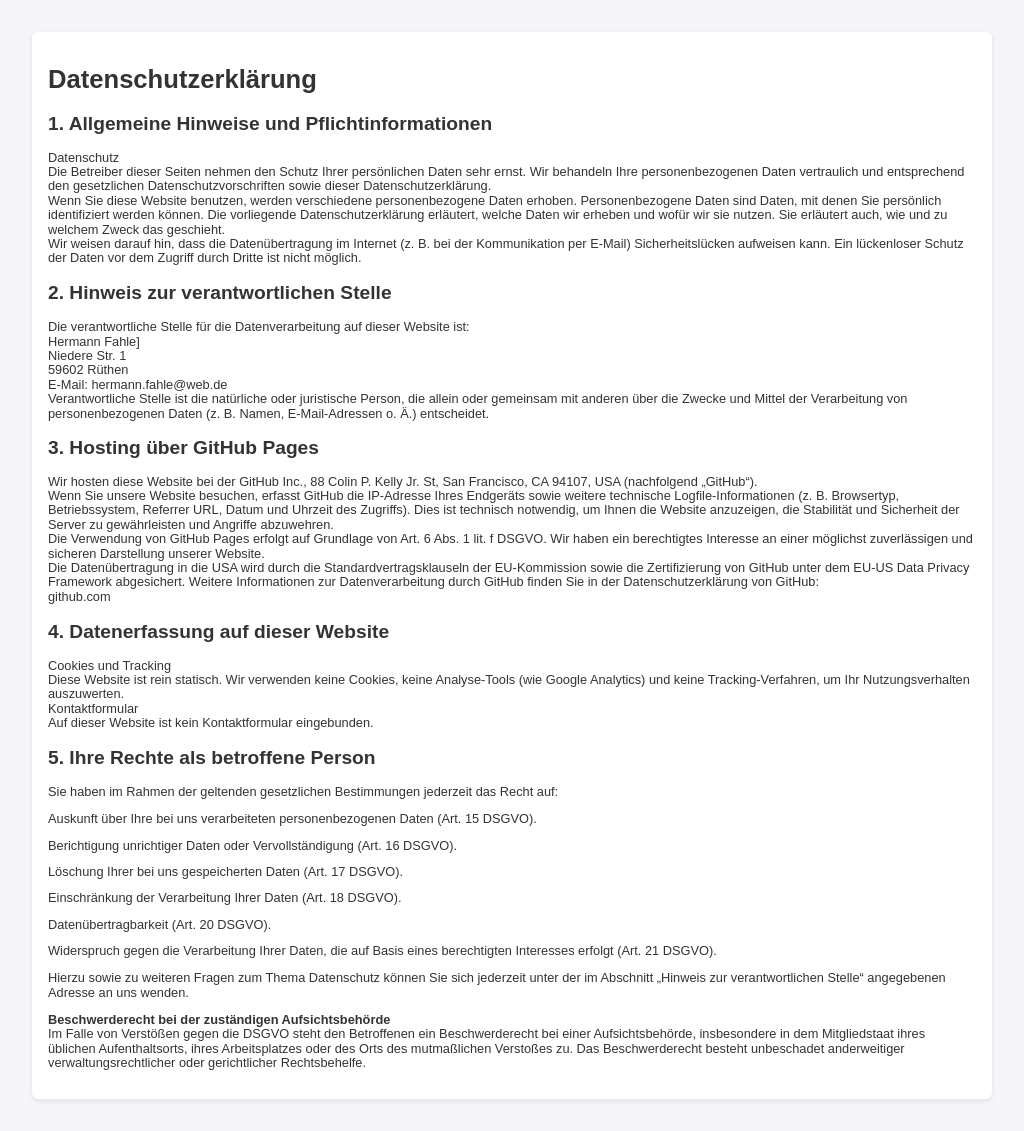
Repository: h-fahle/h-fahle.github.io
Page: datenschutz.html
These files come from the project's save history. The page is drawn as it stood at one moment and after the next save; the edit follows.
The browser window is 1280 px wide. The pictures show the whole page, at 80% of full size.

Above is the page before, as saved 2026-05-24 12:56:37.

After the next save:
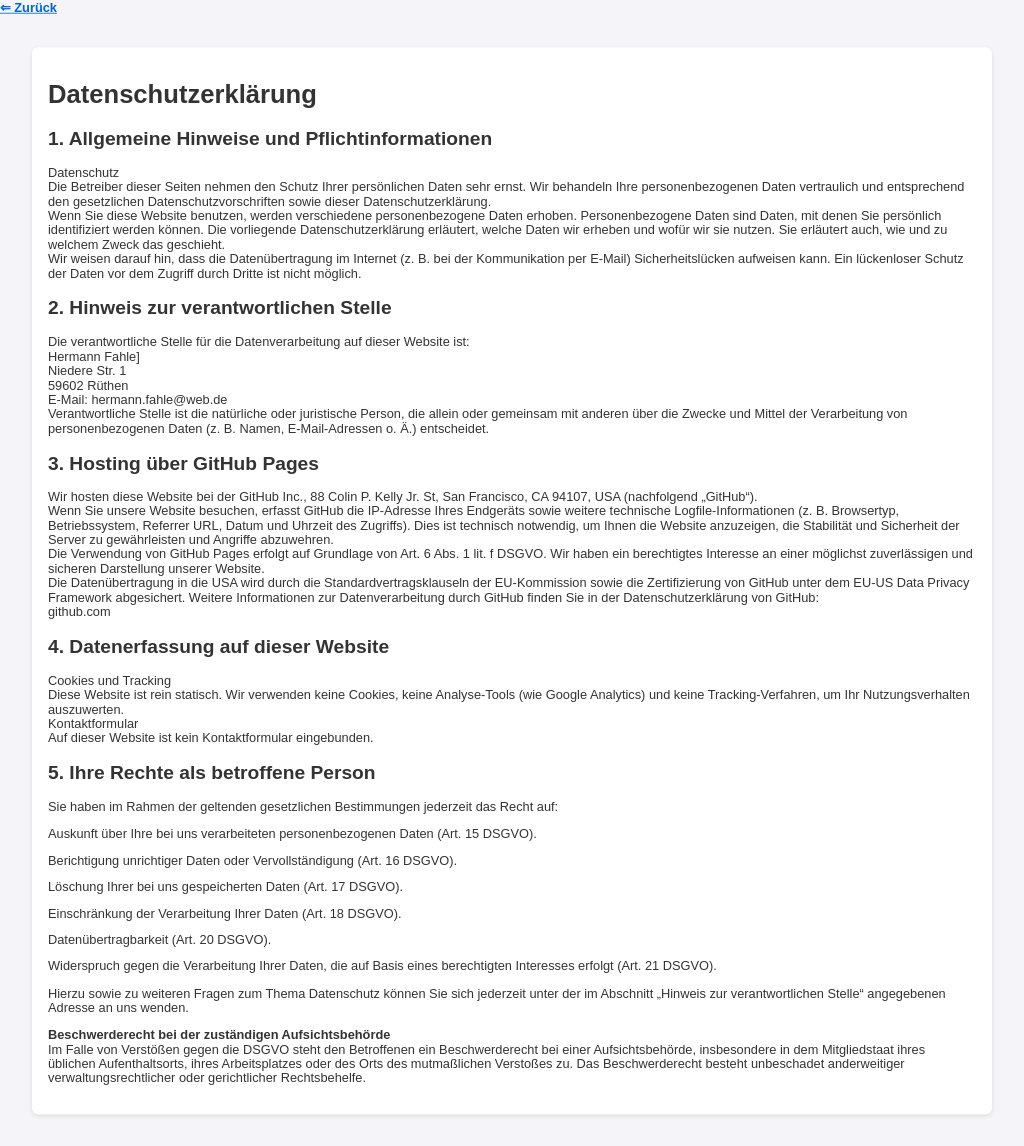
Saved 46 s later.
--- a/datenschutz.html
+++ b/datenschutz.html
@@ -44,6 +44,7 @@
     </style>
 </head>
 <body>
+    <a href="javascript:history.back()">⇐ Zurück</a>
 <div class="container">
 
 <h1>Datenschutzerklärung</h1>
